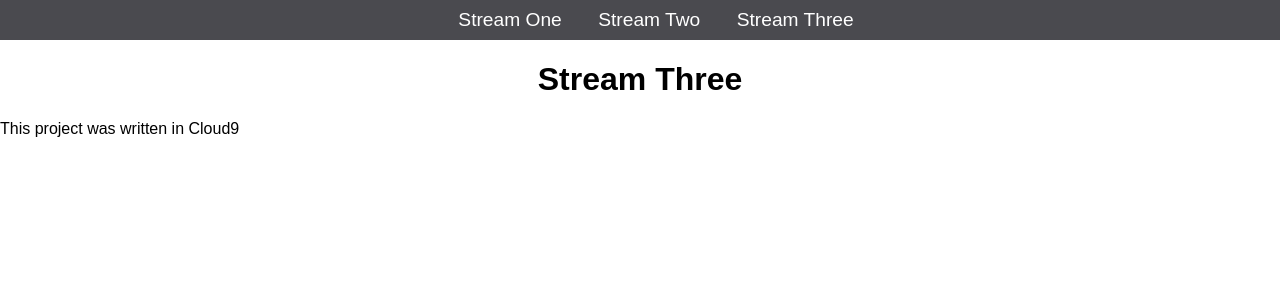
Repository: kylemccul/my-first-website
Page: stream-three.html
The author's editor kept a record of every edit. The page is drawn from the files as they stood at one moment, then again after the next edit.
The browser window is 1280 px wide. The pictures show the whole page.

Above is the page before.

After the next edit:
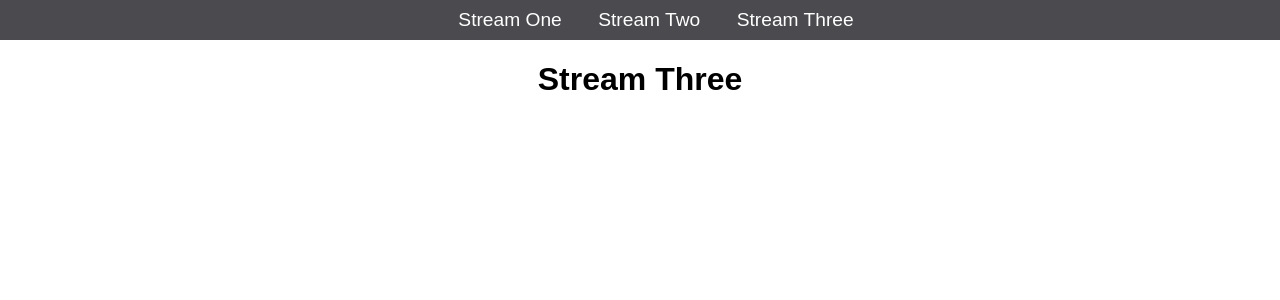
The edit:
--- a/stream-three.html
+++ b/stream-three.html
@@ -13,6 +13,41 @@
             </ul>
         </nav>
         <h1>Stream Three</h1>
-        <p> This project was written in Cloud9</p>
+                <div class="card">
+            <a href="">
+                <img src=""/>
+                <h2></h2>
+            </a>
+        </div>
+                 <div class="card">
+            <a href="">
+                <img src=""/>
+                <h2></h2>
+            </a>
+        </div>
+                 <div class="card">
+            <a href="">
+                <img src=""/>
+                <h2></h2>
+            </a>
+        </div>
+                 <div class="card">
+            <a href="">
+                <img src=""/>
+                <h2></h2>
+            </a>
+        </div>
+                 <div class="card">
+            <a href="">
+                <img src=""/>
+                <h2></h2>
+            </a>
+        </div>
+                 <div class="card">
+            <a href="">
+                <img src=""/>
+                <h2></h2>
+            </a>
+        </div>
     </body>
 </html>
